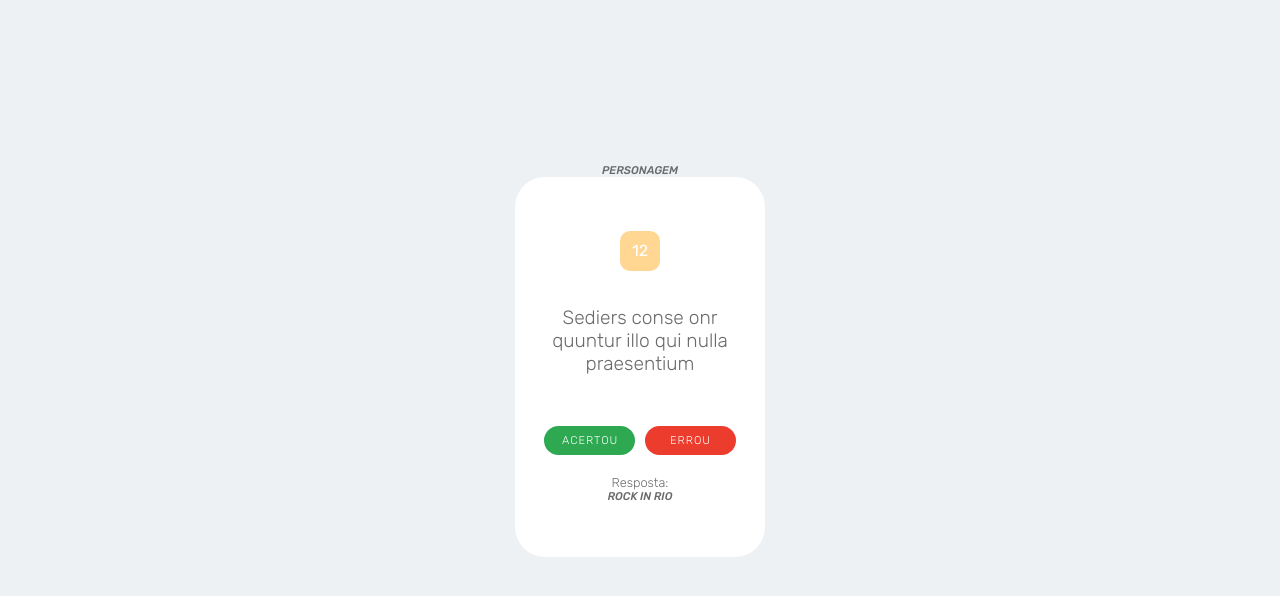
Repository: lucasthaynan/acertai
Page: index.html
An editor plug-in stored every save of this project. The page is shown before and after the next save, followed by the edit.
The browser window is 1280 px wide. The pictures show the whole page.

Above is the page before, as saved 2024-04-14 20:51:34.

### index.html
<!DOCTYPE html>
<html lang="en">
<head>
    <meta charset="UTF-8">
    <meta http-equiv="X-UA-Compatible" content="IE=edge">
    <meta name="viewport" content="width=device-width, initial-scale=1.0">
    <link rel="stylesheet" href="style.css">
    <title>AcertAí - Jogo</title>
</head>
<body>

    <section class="home">

        <div class="head-game">
            <img src="./imagens/logo.png" alt="">
            <div class="curve"></div>
        </div>

        <div class="option-times">
            <div class="two-times">2 times</div>
            <div class="three-times">3 times</div>
        </div>

    </section>

    <section class="info-times">

        <div class="container">
            <div class="name">
                <label>Nome do time</label>
                <input type="text" name="name_time" placeholder="Time A">
            </div>

            <div class="avatar">
                <p>Selecionar avatar</p>
                <div class="options-avatar">

                    <div class="image select" id="a">
                        <img src="./imagens/avatar/avatar_a.jpg" alt="">
                    </div>
                    <div class="image" id="b">
                        <img src="./imagens/avatar/avatar_a.jpg" alt="">
                    </div>
                    <div class="image" id="c">
                        <img src="./imagens/avatar/avatar_a.jpg" alt="">
                    </div>
                    <div class="image" id="d">
                        <img src="./imagens/avatar/avatar_a.jpg" alt="">
                    </div>
                    <div class="image" id="e">
                        <img src="./imagens/avatar/avatar_a.jpg" alt="">
                    </div>
                    <div class="image" id="f">
                        <img src="./imagens/avatar/avatar_a.jpg" alt="">
                    </div>
                </div>

            </div>

            <div class="container-btn">
                <input type="submit" value="Concluir">
            </div>

        </div>
    </section>


    <section class="random-category">
        <div class="category lugar view">
            <p>Lugar</p>
        </div>
        <div class="category personagem">
            <p>Personagem</p>
        </div>
        <div class="category tecnologia">
            <p>Tecnologia</p>
        </div>
        <div class="category objeto">
            <p>Objeto</p>
        </div>
        <div class="category ano">
            <p>Ano</p>
        </div>
    </section>

    <section class="select-tips personagem">

        <div class="name-category">
            <p>Personagem</p>
        </div>

        <div class="container options-game">

            <p>Escolher dica</p>

            <div class="options">
                <div class="btn" id="1">01</div>
                <div class="btn select" id="2">02</div>
                <div class="btn" id="3">03</div>
                <div class="btn" id="4">04</div>
                <div class="btn" id="5">05</div>
                <div class="btn" id="6">06</div>
                <div class="btn" id="7">07</div>
                <div class="btn" id="8">08</div>
                <div class="btn" id="9">09</div>
                <div class="btn" id="10">10</div>
                <div class="btn" id="11">11</div>
                <div class="btn" id="12">12</div>
                <div class="btn" id="13">13</div>
                <div class="btn" id="14">14</div>
                <div class="btn" id="15">15</div>
                <div class="btn" id="16">16</div>
                <div class="btn" id="17">17</div>
                <div class="btn" id="18">18</div>
                <div class="btn" id="19">19</div>
                <div class="btn" id="20">20</div>
            </div>

        </div>

        <div class="container tip">

            <div>
                <div class="number-tip">12</div>
                <div class="phrase">
                    <p>Sediers conse onr quuntur illo qui nulla praesentium</p>
                </div>
                <div class="btns-result">
                    <div class="right">Acertou</div>
                    <div class="missed">Errou</div>
                </div>

                <div class="result-correct">
                    <p>Resposta:</p>
                    <p class="name-correct">Rock in Rio</p>
                </div>
            </div>

        </div>

        <div class="time-process">
            <div class=""></div>
        </div>

    </section>



    <script src="./main.js"></script>
</body>
</html>

### style.css


@import url('https://fonts.googleapis.com/css2?family=Rubik:ital,wght@0,300..900;1,300..900&display=swap');


:root {
  --lugar: #FFD793;
  --personagem: #4074F5;
  --tecnologia: #28A37A;
  --objeto: #FE8369;
  --ano: #AF55CC;

  --bg-secundaria: #4074F5;
  --bg-claro: #FFFFFF;
  --bg: #EDF1F4;

  --text-claro: #FFFFFF;
  --text-escuro: #6A6A6A;

  --border: #E8EAEE;
  --border-active: #4074F5;

  --btn-right: #2FA852;
  --btn-missed: #EB3C2E;
}

* {
  margin: 0;
  padding: 0;

  font-family: "Rubik", sans-serif;
  font-optical-sizing: auto;
  font-size: 1rem;
  font-weight: 400;
  font-style: normal;

}


section {
    display: none;
    width: 100vw;
    height: 100vh;
    flex-direction: column;
    align-items: center;
    justify-content: flex-start;

}

p {
    font-size: 0.7rem;
    color: var(--text-escuro);
    font-style: italic;
    font-weight: 500;
    text-transform: uppercase;
}

/* HOME */

section.home {
    /* display: flex; */
    display: none;
    background-color: var(--bg);
}

section.home > div.head-game {
    display: flex;
    flex-direction: column;
    align-items: center;
    justify-content: center;
    width: 100vw;
    height: 230px;
    background-color: var(--bg-secundaria);
}

section.home > div.head-game img {
    width: 170px;
}

section.home > div.option-times {
    margin-top: 50px;
}

section.home > div.option-times > div {

    background-color: var(--btn-right);
    color: var(--text-claro);
    text-align: center;
    padding: 10px 40px;
    border-radius: 50px;
    margin-top: 30px;

    letter-spacing: 2.5px;
    text-transform: uppercase;
    font-weight: 300;
    font-size: 0.9rem;

    /* filter: drop-shadow(2px 2px 3px #d4d4d4); */

}


/* INFOS TIMES */

section.info-times {
    /* display: flex; */
    display: none;
    justify-content: center;
    align-items: center;
    background-color: var(--bg);
}

section.info-times .container {
    width: 250px;
    height: 400px;
    border-radius: 30px;
    background-color: var(--bg-claro);
}

section.info-times .avatar {
    display: flex;
    flex-direction: row;
    flex-wrap: wrap;
    justify-content: center;
    align-items: center;
}

section.info-times .options-avatar {
    display: flex;
    flex-direction: row;
    flex-wrap: wrap;
    justify-content: center;
    align-items: center;
    gap: 5px;
}


section.info-times .avatar img {
    width: 60px;
    border: 2px solid var(--border);
    border-radius: 16px;
    cursor: pointer;
}

section.info-times .avatar .select > img {
    border: 2px solid var(--border-active);
}

section.info-times .name {
    display: flex;
    flex-direction: column;
    justify-content: center;
    align-items: center;
    margin: 30px 0;
}

section.info-times .name label,
section.info-times .avatar p {
    font-size: 0.7rem;
    color: var(--text-escuro);
    font-style: italic;
    font-weight: 500;
    text-transform: uppercase;
    margin: 7px 0px;
}

section.info-times .container-btn {
    display: flex;
    justify-content: center;
    margin-top: 20px;
}


section.info-times .container-btn input {

    background-color: var(--btn-right);
    color: var(--text-claro);
    text-align: center;
    padding: 8px 25px;
    border-radius: 50px;
    margin-top: 15px;

    letter-spacing: 2.5px;
    text-transform: uppercase;
    font-weight: 300;
    font-size: 0.7rem;

    border: 0px;

}



section.info-times {
    /* display: flex; */
    display: none;
    justify-content: center;
    align-items: center;
    background-color: var(--bg);
}


/* RANDOM CATEGORY */

section.random-category {
    /* display: flex; */
    display: none;
    justify-content: center;
    align-items: center;
    background-color: var(--bg);
}

section.random-category .category {
    display: none;
    width: 100vw;
    height: 100vh;

}

section.random-category .category p {
    background-color: rgba(0, 0, 0, 0.208);
    color: var(--text-claro);
    text-align: center;
    padding: 10px 40px;
    border-radius: 50px;
    margin-top: 15px;

    letter-spacing: 2.5px;
    text-transform: uppercase;
    font-weight: 300;
    font-size: 1.2rem;

    border: 0px;
}

section.random-category .category.view {
    display: flex;
    /* display: none; */
    justify-content: center;
    align-items: center;
    background-color: var(--lugar);
}


section.random-category .category.lugar {
    background-color: var(--lugar);
}

section.random-category .category.personagem {
    background-color: var(--personagem);
}

section.random-category .category.tecnologia {
    background-color: var(--tecnologia);
}

section.random-category .category.ano {
    background-color: var(--ano);
}

section.random-category .category.objeto {
    background-color: var(--objeto);
}



/* SELECT TIPS */

section.select-tips {
    display: flex;
    /* display: none; */
    justify-content: center;
    align-items: center;
    flex-direction: column;
    background-color: var(--bg);
}


section.select-tips .container {
    width: 250px;
    height: 380px;
    border-radius: 30px;
    background-color: var(--bg-claro);
}

section.select-tips .container.options-game {
    /* display: flex; */
    display: none;
    flex-direction: column;
    justify-content: center;
    align-items: center;
}

section.select-tips .container.options-game .options {
    display: flex;
    flex-direction: row;
    justify-content: center;
    align-items: center;
    flex-wrap: wrap;
    gap: 8px;
    padding: 20px 20px;
}

section.select-tips .container.options-game .options div.btn {
    width: 20px;
    height: 20px;
    background-color: var(--lugar);
    padding: 10px;
    border-radius: 10px;
    display: flex;
    justify-content: center;
    align-items: center;
    color: var(--text-claro);
    cursor: pointer;
}


section.select-tips .container.options-game .options div.btn.select {
    opacity: 0.4;
    cursor: none;
    pointer-events: none;
}

section.select-tips .container.tip,
section.select-tips .container.tip > div {
    display: flex;
    /* display: none; */
    flex-direction: column;
    justify-content: center;
    align-items: center;

}

section.select-tips .container.tip > div {
    padding: 30px 20px;
    gap: 20px;
}
section.select-tips .container.tip .number-tip {
    width: 20px;
    height: 20px;
    background-color: var(--lugar);
    padding: 10px;
    border-radius: 10px;
    display: flex;
    justify-content: center;
    align-items: center;
    color: var(--text-claro);
    cursor: pointer;
}

section.select-tips .container.tip .phrase {
    height: 100px;
    display: flex;
    justify-content: center;
    align-items: center;
}

section.select-tips .container.tip .phrase p {
    text-align: center;
    font-size: 1.2rem;
    font-style: normal;
    font-weight: 300;
    text-transform: none;
}

section.select-tips .container.tip .btns-result {
    display: flex;
    flex-direction: row;
    justify-content: center;
    gap: 10px;
}


section.select-tips .container.tip .right,
section.select-tips .container.tip .missed {

    color: var(--text-claro);
    text-align: center;
    padding: 8px 18px;
    border-radius: 50px;
    margin-top: 15px;
    width: 55px;

    letter-spacing: 1px;
    text-transform: uppercase;
    font-weight: 300;
    font-size: 0.7rem;

    border: 0px;
}

section.select-tips .container.tip .right {
    background-color: var(--btn-right);
}

section.select-tips .container.tip .missed {
    background-color: var(--btn-missed);

}

section.select-tips .container.tip .result-correct p:nth-child(1) {
    text-align: center;
    font-size: 0.8rem;
    font-style: normal;
    font-weight: 300;
    text-transform: none;

}

### main.js
let dataCartas;

// Função para carregar o JSON via Fetch
function carregarCartas() {
    fetch('./data/cartas.json')
        .then(response => {
            if (!response.ok) {
                throw new Error('Erro ao carregar o arquivo JSON');
            }
            return response.json();
        })
        .then(data => {
            dataCartas = data.cartas;
            // Aqui você pode fazer o que quiser com os dados carregados
            console.log(data);
            // Por exemplo, você pode chamar uma função para manipular as cartas
            manipularCartas(data.cartas);
        })
        .catch(error => {
            console.error('Ocorreu um erro:', error);
        });
}

// Função para embaralhar a ordem das afirmações
function embaralharAfirmações(afirmações) {
    // Copiando o array de afirmações
    const afirmaçõesEmbaralhadas = afirmações.slice();
    // Embaralhando o array
    for (let i = afirmaçõesEmbaralhadas.length - 1; i > 0; i--) {
        const j = Math.floor(Math.random() * (i + 1));
        [afirmaçõesEmbaralhadas[i], afirmaçõesEmbaralhadas[j]] = [afirmaçõesEmbaralhadas[j], afirmaçõesEmbaralhadas[i]];
    }
    return afirmaçõesEmbaralhadas;
}

// Função para manipular as cartas
function manipularCartas(cartas) {
    // Aqui você pode fazer o que quiser com as cartas, como exibir na tela, etc.
    // Por enquanto, vamos apenas imprimir no console
    cartas.forEach(carta => {
        console.log('Categoria:', carta.categoria);
        console.log('Resposta:', carta.resposta);
        console.log('Dificuldade:', carta.dificuldade);
        console.log('Afirmações:');
        const afirmaçõesEmbaralhadas = embaralharAfirmações(carta.afirmações);
        afirmaçõesEmbaralhadas.forEach(afirmação => {
            console.log('-', afirmação);
        });
        console.log('------------------');
    });
}

// Chamando a função para carregar as cartas quando a página é carregada
carregarCartas();

### data/cartas.json
{
    "cartas": [
      {
        "categoria": "Tecnologia",
        "resposta": "QR Code",
        "id": "TEC-01",
        "dificuldade": "médio",
        "afirmações": [
          "Foi criado no Japão",
          "É uma forma de código de barras",
          "Usado para armazenar informações",
          "Pode ser escaneado por smartphones",
          "Utilizado em pagamentos móveis",
          "Desenvolvido originalmente para a indústria automotiva",
          "Possui padrão de matriz quadrada",
          "Pode ser usado em marketing",
          "Armazena mais dados que um código de barras tradicional",
          "Sua leitura é rápida",
          "Contém padrões de erro para integridade de dados",
          "Pode ser personalizado esteticamente",
          "Utilizado em ingressos de eventos",
          "Também serve para acessar sites",
          "Pode conter vCards em eventos de networking",
          "Utilizado em ações de realidade aumentada",
          "Popular em campanhas publicitárias",
          "Pode codificar informação em ambos os eixos",
          "Usado em cartões de visita digitais",
          "Crescente uso em sistemas de saúde"
        ]
      },
      {
        "categoria": "Personagem",
        "resposta": "Cleópatra",
        "id": "PER-01",
        "dificuldade": "médio",
        "afirmações": [
          "Foi a última rainha do Egito",
          "Conhecida por sua beleza e inteligência",
          "Teve um caso com Júlio César",
          "Aliou-se politicamente com Marco Antônio",
          "Descendente da dinastia de Ptolomeu",
          "Sua morte marcou o fim do Egito Ptolomaico",
          "Conhecida por sua habilidosa diplomacia",
          "Famosa por um banho de leite",
          "Representada frequentemente em obras de arte",
          "Uma figura popular na história romana",
          "Foi mãe de Caesário",
          "Sua morte foi por suicídio, dizem, com uma áspide",
          "Ela reinou por 21 anos",
          "Habilmente manteve o poder enquanto aliada de Roma",
          "Tentou restaurar o prestígio de seu reino",
          "Reputada por ser poliglota",
          "Sua história foi dramatizada por Shakespeare",
          "Conhecida também por suas conquistas científicas",
          "Foi um ícone feminino da antiguidade",
          "Sua vida inspirou numerosos filmes"
        ]
      },
      {
        "categoria": "Lugar",
        "resposta": "Ilha de Páscoa",
        "id": "LUG-01",
        "dificuldade": "médio",
        "afirmações": [
          "Localizada no Oceano Pacífico",
          "Conhecida pelos moais, grandes estátuas de pedra",
          "Território é uma província do Chile",
          "É um dos locais mais isolados habitados do mundo",
          "Primeiro contato europeu em 1722",
          "Também chamada de Rapa Nui",
          "Polinésios são considerados os primeiros habitantes",
          "Tem um clima subtropical",
          "É uma atração turística popular",
          "A ilha tem uma área de cerca de 163 km²",
          "Os moais foram criados para honrar antepassados importantes",
          "Inscrita como Patrimônio Mundial da UNESCO",
          "Sua ecologia sofreu devido ao desmatamento",
          "A ilha também possui um vulcão adormecido",
          "Existem teorias sobre a extinção da cultura local",
          "A população local restringe turistas para conservar a cultura",
          "Artefatos antigos são encontrados por toda a ilha",
          "Tem um aeroporto que conecta ao continente",
          "Estudos indicam que a ilha foi povoada no século IV",
          "A ilha tem uma limitada biodiversidade devida à isolamento"
        ]
      },
      {
        "categoria": "Ano",
        "resposta": "1969",
        "id": "ANO-01",
        "dificuldade": "médio",
        "afirmações": [
          "Neil Armstrong pisou na Lua",
          "Woodstock atraiu cerca de 400 mil pessoas",
          "O Concorde fez seu primeiro voo de teste",
          "Richard Nixon tornou-se presidente dos EUA",
          "Primeiro episódio de 'Monty Python' foi ao ar",
          "Internet teve sua precursora, a ARPANET, iniciada",
          "Os Beatles fizeram sua última apresentação pública",
          "O primeiro transplant de olho foi realizado",
          "Liberdade para o amor, do Led Zeppelin, foi lançado",
          "A tropa de elite dos EUA sofreu em embate em Hamburger Hill",
          "O filme 'Butch Cassidy' foi um sucesso de bilheteira",
          "O Boeing 747 fez seu voo inaugural comercial",
          "A Ponte do Rio Kwai desabou",
          "Metralhadoras dispararam pela primeira vez em uma guerra",
          "O projeto Apollo foi televisionado ao vivo",
          "A Sesame Street estreou na televisão dos EUA",
          "Foi introduzida a classificação indicativa em filmes",
          "Os Mets ganharam a World Series pela primeira vez",
          "Primeiro transplante de coração artificial temporário",
          "O Vaticano iniciou reformas litúrgicas"
        ]
      },
      {
        "categoria": "Objeto",
        "resposta": "Fita Cassete",
        "id": "OBJ-01",
        "dificuldade": "fácil",
        "afirmações": [
          "Usada para gravação e reprodução de som",
          "Formato popular nas décadas de 70 e 80",
          "Vendida inicialmente em 1963",
          "Desenvolvida pela Philips",
          "Compacta e portátil comparada a alternativas",
          "Revolutionou a maneira como as pessoas ouviam música",
          "Gradualmente substituída por CDs",
          "Usava fita magnética para armazenar dados",
          "Possuía dois lados, A e B",
          "Pode ser rebobinada e avançada",
          "Foi parte do primeiro Sony Walkman",
          "Permitia criar mixtapes personalizadas",
          "Comumente usada em gravadores e tocadores de fita",
          "Sua qualidade de som é considerada baixa hoje",
          "Foi crucial para a disseminação do punk e novas ondas",
          "Suas vendas declinaram nos anos 90",
          "Experienciando um revival nostálgico",
          "Artistas modernos às vezes lançam neste formato",
          "Prone a enroscar e emaranhar",
          "Uma alternativa mais conveniente aos LPs de vinil"
        ]
      }
    ]
  }

After the next save:
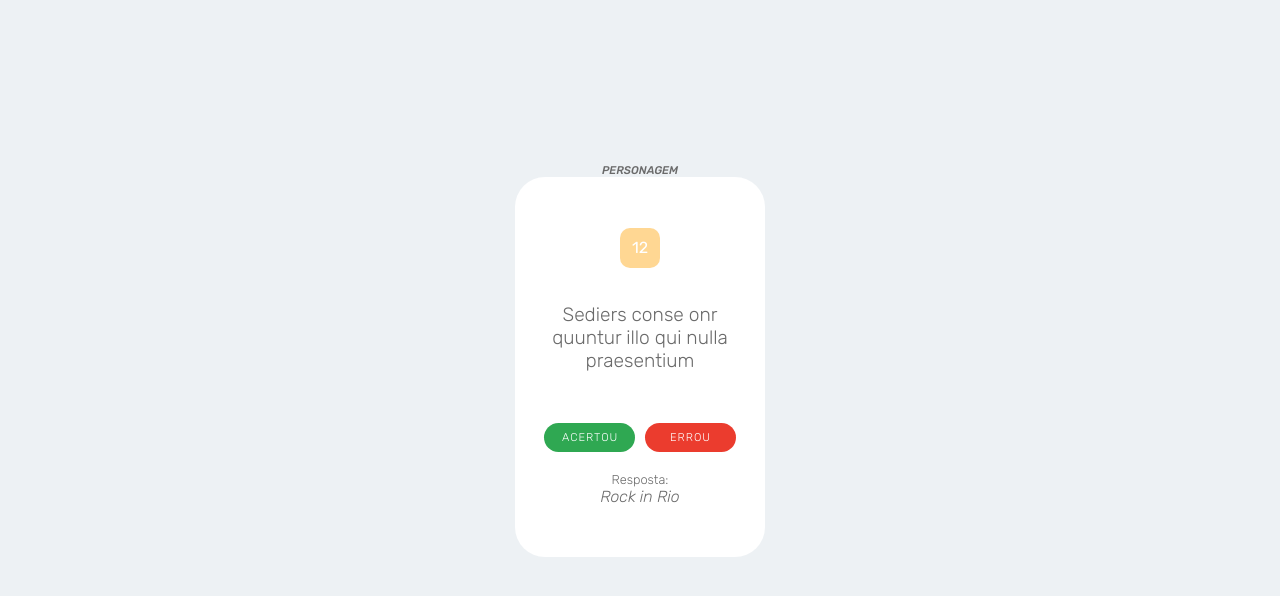
Saved 39 s later.
--- a/style.css
+++ b/style.css
@@ -406,3 +406,12 @@ section.select-tips .container.tip .result-correct p:nth-child(1) {
     text-transform: none;
 
 }
+
+section.select-tips .container.tip .result-correct p.name-correct {
+    text-align: center;
+    font-size: 1rem;
+    font-style: bold;
+    font-weight: 300;
+    text-transform: none;
+
+}
